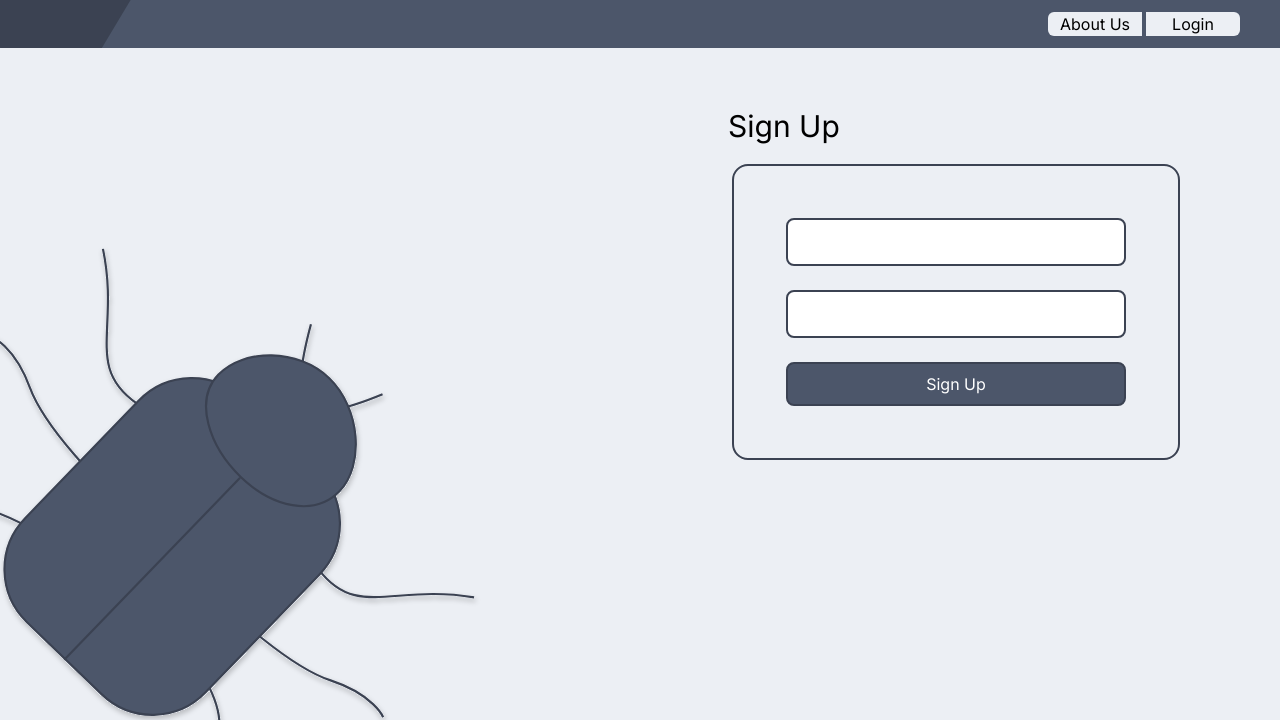
Repository: Qu4ntumGuy/project-bug
Page: /signup
An editor plug-in stored every save of this project. The page is shown before and after the next save, followed by the edit.
The browser window is 1280 px wide. The pictures show the whole page.
The project was rebuilt for these pictures with package versions that can differ from the ones it lists, and the page was loaded fresh each time. The framework's server and built-in components were replaced by stand-ins that run in the browser. Also part of the build but not shown: next.config.mjs, src/components/Diamond.module.css, src/components/Navbar.js.

Above is the page before, as saved 2024-02-14 00:08:14.

After the next save:
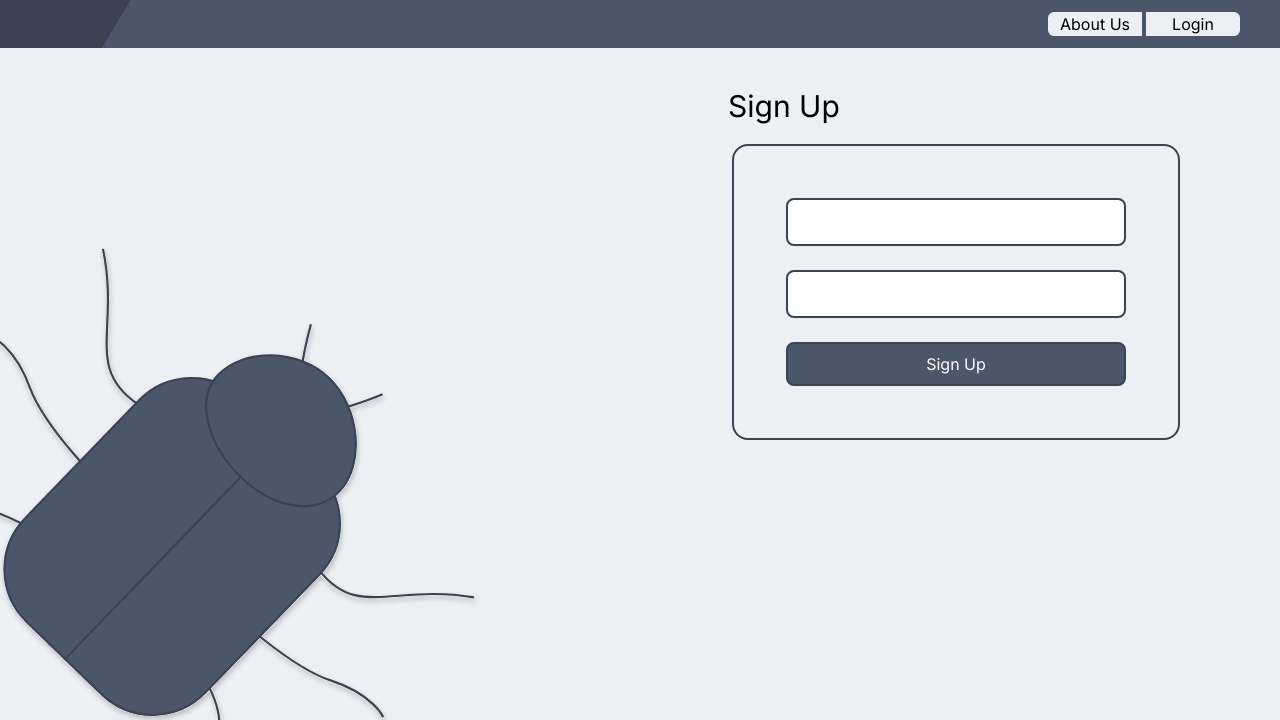
Saved 12 s later.
--- a/src/app/signup/page.js
+++ b/src/app/signup/page.js
@@ -12,7 +12,7 @@
           alt="bug"
         />
       </div>
-      <div className="w-full py-10">
+      <div className="w-full py-5">
         <div className="flex ml-20 flex-col">
           <div className="text-3xl my-3  p-2">Sign Up</div>
           <form className="w-[80%] ml-3 flex p-10 flex-col border-2 border-[#3B4252] rounded-2xl">

After the save that followed:
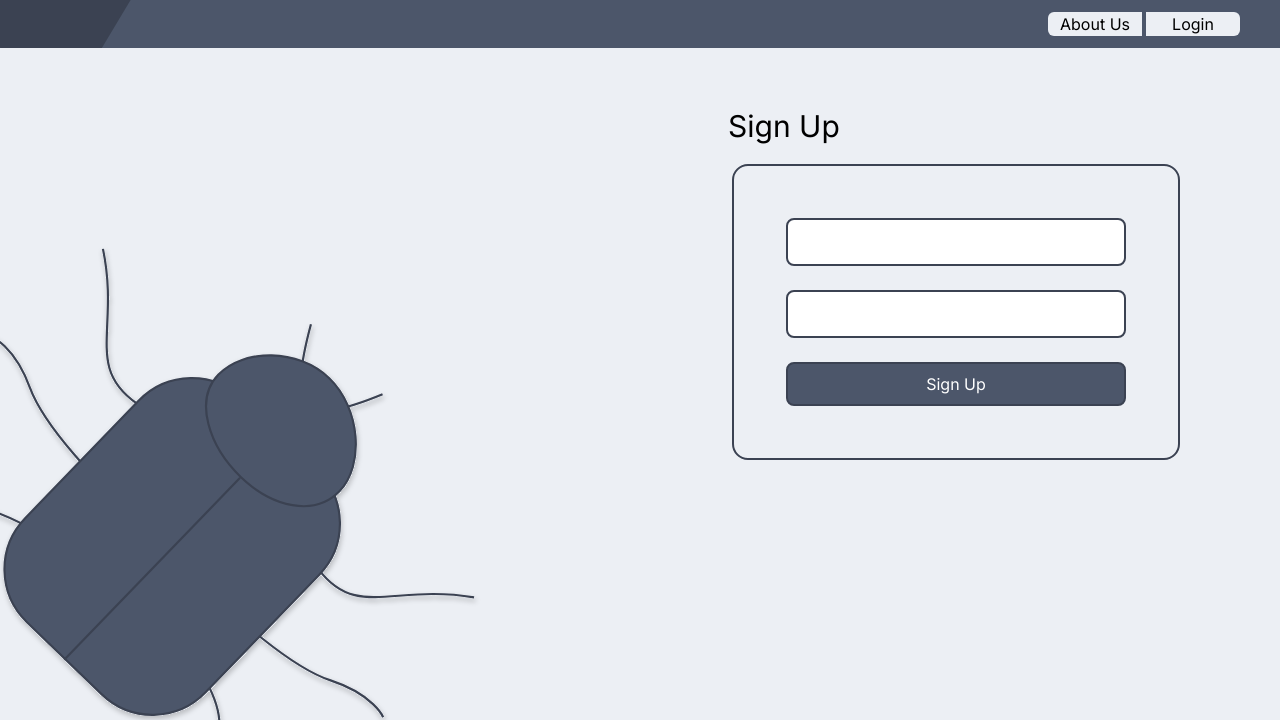
Saved 5 s later.
--- a/src/app/signup/page.js
+++ b/src/app/signup/page.js
@@ -12,7 +12,7 @@
           alt="bug"
         />
       </div>
-      <div className="w-full py-5">
+      <div className="w-full py-10">
         <div className="flex ml-20 flex-col">
           <div className="text-3xl my-3  p-2">Sign Up</div>
           <form className="w-[80%] ml-3 flex p-10 flex-col border-2 border-[#3B4252] rounded-2xl">
